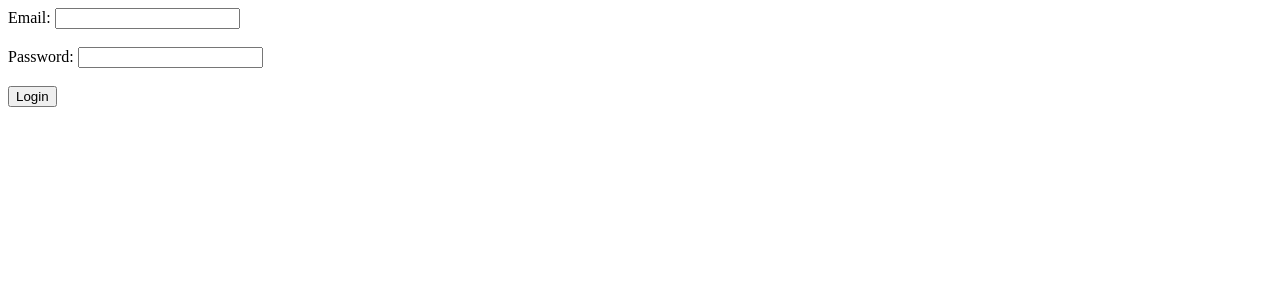
Repository: MD-1107/ISS_Assignment
Page: http://localhost/DemoRegisterLogin/login.jsp
The author's editor kept a copy of each file at every save. The page is drawn from the files as they stood at one save, then again after the next save.
The browser window is 1280 px wide. The pictures show the whole page.
The page is served by Tomcat 9.

Above is the page before, as saved 2024-01-03 11:04:03.

After the next save:
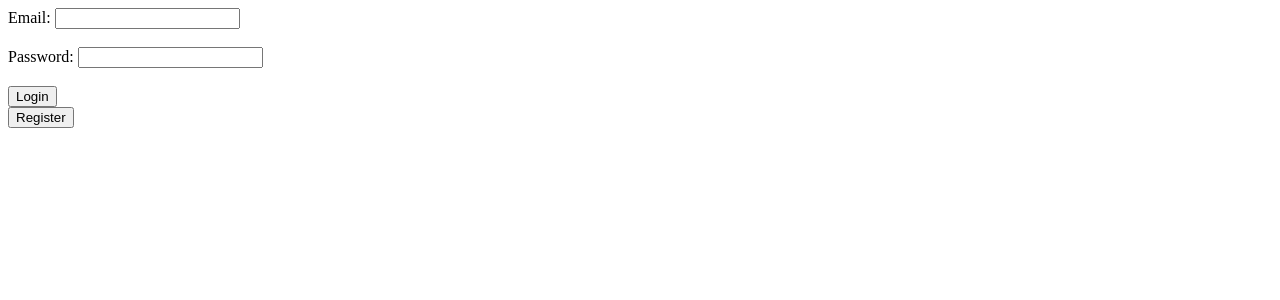
Saved 5 min 3 s later.
--- a/INTEGRATING CLIENT SIDE PROGRAMMING/DemoRegisterLogin/src/main/webapp/login.jsp
+++ b/INTEGRATING CLIENT SIDE PROGRAMMING/DemoRegisterLogin/src/main/webapp/login.jsp
@@ -12,5 +12,9 @@
     Password: <input type="password" id="password" name="password"/> <br/> <br/>
     <input type="submit" value="Login" />
 </form>
+
+<div class="newUser">
+ <button onclick="redirectToRegister()">Register</button>
+</div>
 </body>
 </html>
